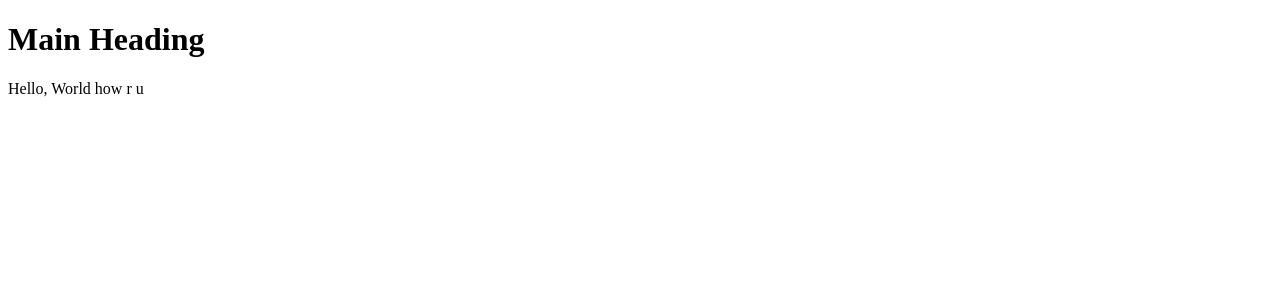
Repository: shivbin/Assignment_2
Page: http://localhost/
An editor plug-in stored every save of this project. The page is shown before and after the next save, followed by the edit.
The browser window is 1280 px wide. The pictures show the whole page.
The page is served by the project's Node server (server.js). Other server files are loaded and not shown.

Above is the page before, as saved 2021-09-29 18:56:35.

### views/index.ejs
<!-- Using index.ejs file to compose html file via ejs engine  -->
<!DOCTYPE html>
<html>
  <head>
    <title><%= title %></title>
    <link rel='stylesheet' href='/Content/app.css' />
  </head>
  <body>
    <h1><%= h1 %></h1>
    <p>Hello, World how r u</p>
    <script src="/Scripts/app.js"></script>
  </body>
</html>

### server.js
#!/usr/bin/env node

/**
 * Module dependencies.
 */

var app = require('./app');
var debug = require('debug')('assignment1:server');
var http = require('http');

/**
 * Get port from environment and store in Express.
 */

var port = normalizePort(process.env.PORT || '3000');
app.set('port', port);

/**
 * Create HTTP server.
 */

var server = http.createServer(app);

/**
 * Listen on provided port, on all network interfaces.
 */

server.listen(port);
server.on('error', onError);
server.on('listening', onListening);

/**
 * Normalize a port into a number, string, or false.
 */

function normalizePort(val) {
  var port = parseInt(val, 10);

  if (isNaN(port)) {
    // named pipe
    return val;
  }

  if (port >= 0) {
    // port number
    return port;
  }

  return false;
}

/**
 * Event listener for HTTP server "error" event.
 */

function onError(error) {
  if (error.syscall !== 'listen') {
    throw error;
  }

  var bind = typeof port === 'string'
    ? 'Pipe ' + port
    : 'Port ' + port;

  // handle specific listen errors with friendly messages
  switch (error.code) {
    case 'EACCES':
      console.error(bind + ' requires elevated privileges');
      process.exit(1);
      break;
    case 'EADDRINUSE':
      console.error(bind + ' is already in use');
      process.exit(1);
      break;
    default:
      throw error;
  }
}

/**
 * Event listener for HTTP server "listening" event.
 */

function onListening() {
  var addr = server.address();
  var bind = typeof addr === 'string'
    ? 'pipe ' + addr
    : 'port ' + addr.port;
  debug('Listening on ' + bind);
}

### routes/index.js
var express = require('express');
var router = express.Router();

/* GET home page. */
router.get('/', function(req, res, next) {
  res.render('index', { title: 'Express', h1: 'Main Heading'});
});

module.exports = router;

### app.js
//  Installed third party packages
let createError = require('http-errors');
let express = require('express');
let path = require('path');
let cookieParser = require('cookie-parser');
let logger = require('morgan');

let indexRouter = require('./routes/index');
let usersRouter = require('./routes/users');

let app = express();  //  creates instance of express application and storing reference to app variable

// view engine setup
app.set('views', path.join(__dirname, 'views'));
app.set('view engine', 'ejs'); // Configured our view engine to ejs

app.use(logger('dev'));
app.use(express.json());
app.use(express.urlencoded({ extended: false }));
app.use(cookieParser());
app.use(express.static(path.join(__dirname, 'public')));

app.use('/', indexRouter);
app.use('/users', usersRouter);

// catch 404 and forward to error handler
app.use(function(req, res, next) {
  next(createError(404));
});

// error handler
app.use(function(err, req, res, next) {
  // set locals, only providing error in development
  res.locals.message = err.message;
  res.locals.error = req.app.get('env') === 'development' ? err : {};

  // render the error page
  res.status(err.status || 500);
  res.render('error');
});

module.exports = app;

### public/Scripts/app.js
(function(){

    function Start()
    {
        console.log("App Started....");
    }

    window.addEventListener("load", Start);
})();

Loaded but not shown: public/Content/app.css (common file)

After the next save:
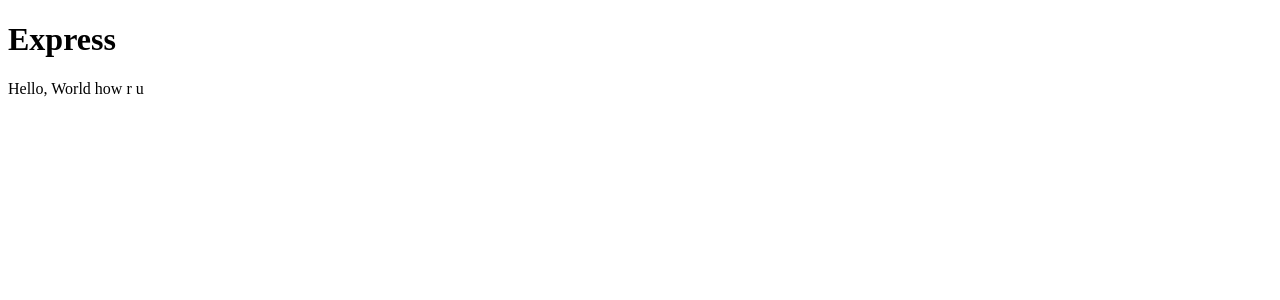
Saved 42 min 29 s later.
--- a/views/index.ejs
+++ b/views/index.ejs
@@ -6,7 +6,7 @@
     <link rel='stylesheet' href='/Content/app.css' />
   </head>
   <body>
-    <h1><%= h1 %></h1>
+    <h1><%= title %></h1>
     <p>Hello, World how r u</p>
     <script src="/Scripts/app.js"></script>
   </body>
